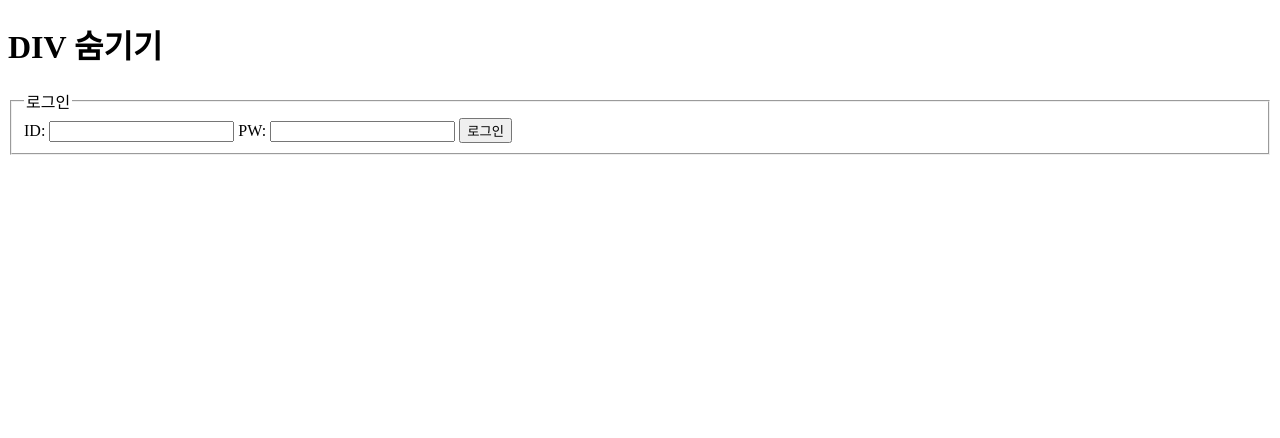
Repository: CHOKIHO/html
Page: work/0109/WebContent/WEB-INF/ex8_JS_DIV_invisible.html
The author's editor kept a copy of each file at every save. The page is drawn from the files as they stood at one save, then again after the next save.
The browser window is 1280 px wide. The pictures show the whole page.

Above is the page before, as saved 2017-01-09 07:43:17.

### work/0109/WebContent/WEB-INF/ex8_JS_DIV_invisible.html
<!DOCTYPE html>
<html>
<head>
<meta charset="UTF-8">
<title>Insert title here</title>
</head>
<body>

	<h1>DIV 숨기기</h1>

	<div id="box1"></div>

		<form>
			<fieldset>
				<legend>로그인</legend>
				<label for="s_id">ID:</label>
				<input type="text" id="s_id" name="id"/>

				<label for="s_pw">PW:</label>
				<input type="password" id="s_pw" name="pw"/>

				<input type="button" value="로그인" onclick="login()"/>


			</fieldset>
		</form>


	<div id="box2"></div>

</body>
</html>

After the next save:
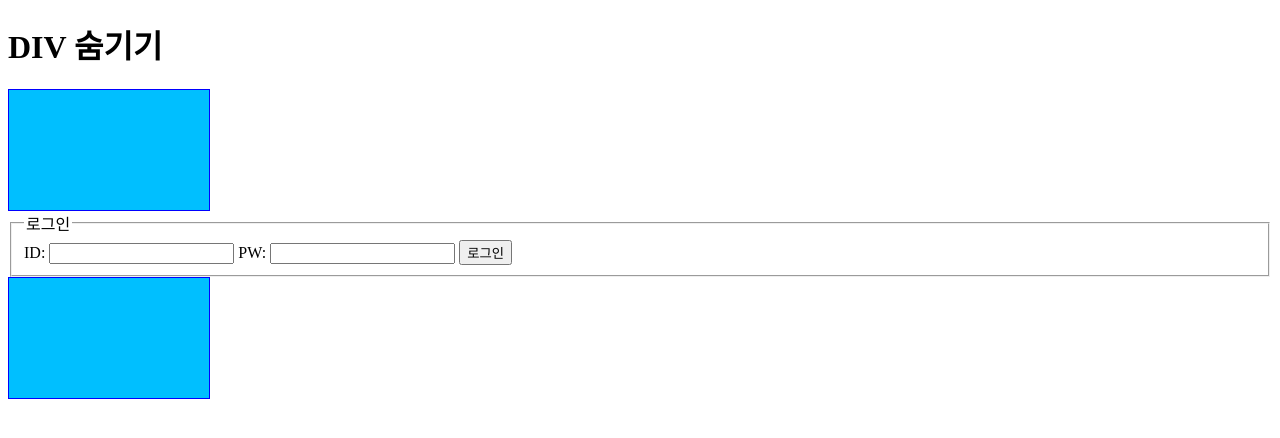
Saved 77 s later.
--- a/work/0109/WebContent/WEB-INF/ex8_JS_DIV_invisible.html
+++ b/work/0109/WebContent/WEB-INF/ex8_JS_DIV_invisible.html
@@ -3,7 +3,19 @@
 <head>
 <meta charset="UTF-8">
 <title>Insert title here</title>
+<style type="text/css">
+
+	div#box1, div#box2 {
+	width:200px;
+	height:120px;
+	background-color: #00bfff;
+	border: 1px solid blue;
+
+	}
+</style>
+
 </head>
+
 <body>
 
 	<h1>DIV 숨기기</h1>
